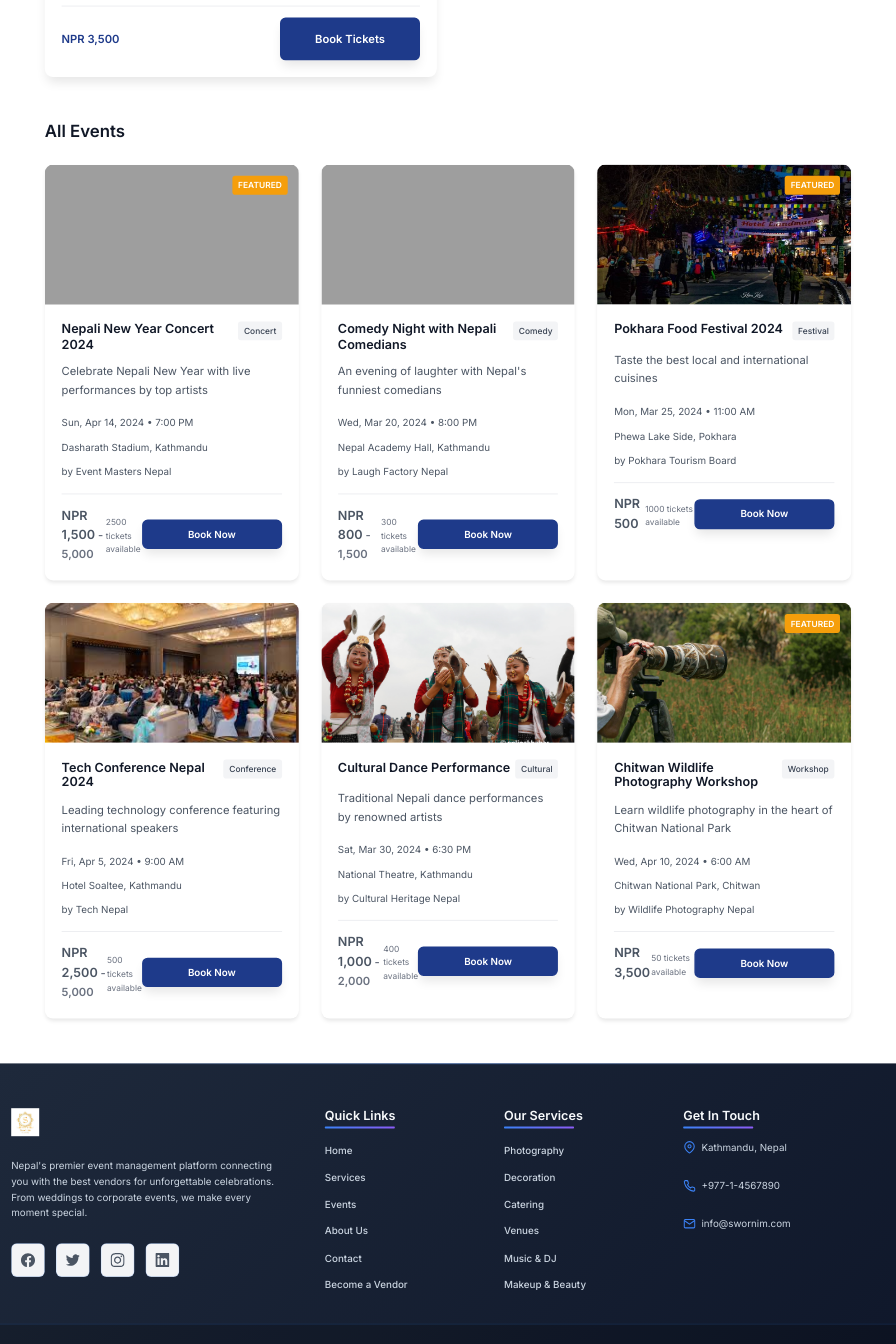
Repository: shiwanisub/MajorProject
Page: /events (app in Frontend/swornim-event-management/)
The author's editor kept a copy of each file at every save. The page is drawn from the files as they stood at one save, then again after the next save.
The browser window is 1280 px wide. The pictures show the part of the page from y = 1493 to 3413 px (the page is 3471 px tall), at 70% of full size.
Pictures or frames that could not be fetched are drawn as grey boxes. The project was rebuilt for these pictures with package versions that can differ from the ones it lists, and the page was loaded fresh each time. Also part of the build but not shown: Frontend/swornim-event-management/vite.config.ts, Frontend/swornim-event-management/src/components/SearchBar.css, Frontend/swornim-event-management/src/components/SearchBar.tsx, Frontend/swornim-event-management/src/components/Hero.css, Frontend/swornim-event-management/src/components/Hero.tsx, Frontend/swornim-event-management/src/components/FeaturedServices.tsx, Frontend/swornim-event-management/src/components/Testimonials.css, Frontend/swornim-event-management/src/components/Testimonials.tsx and 26 more.

Above is the page before, as saved 2025-06-08 20:40:42.

After the next save:
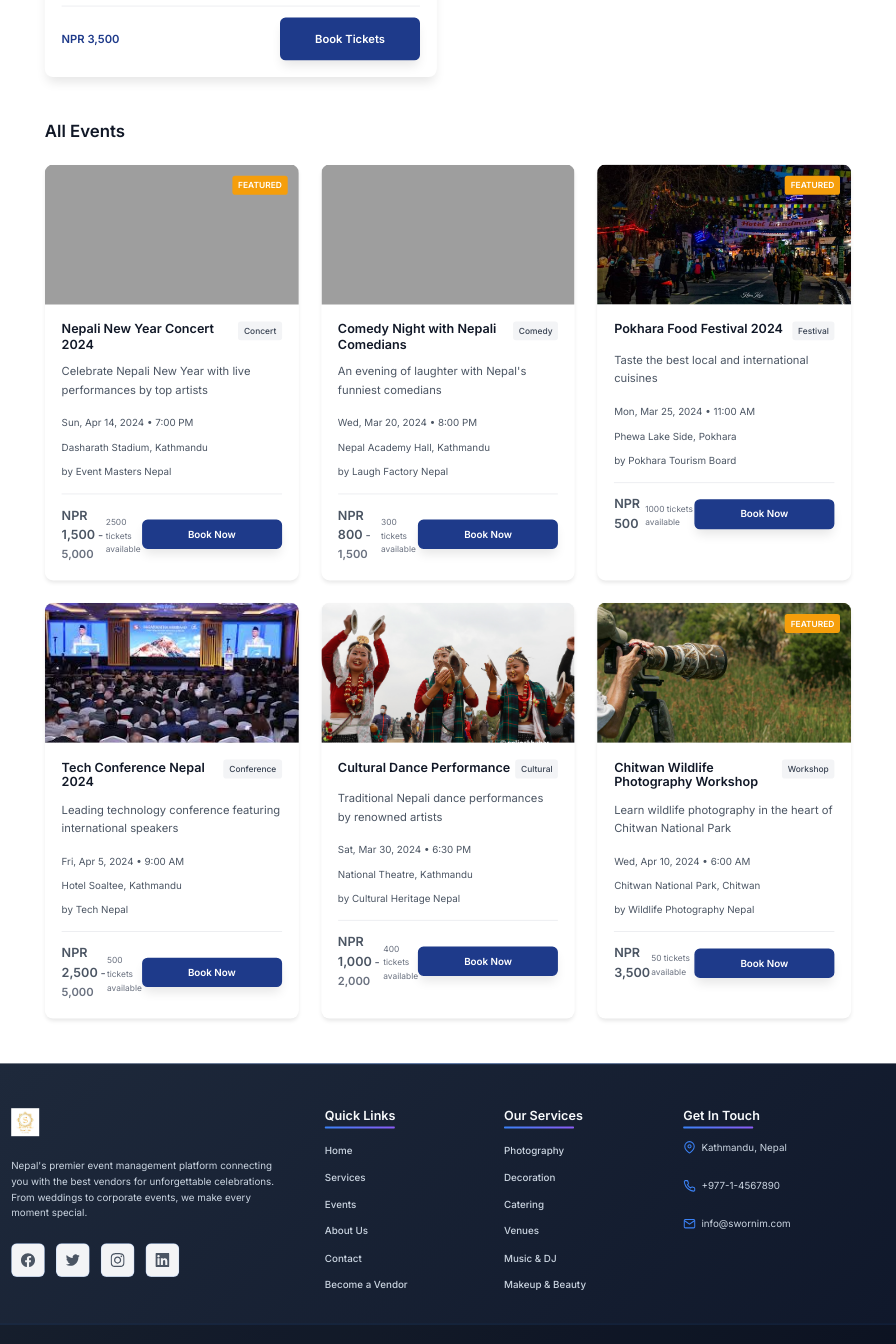
Saved 74 s later.
--- a/Frontend/swornim-event-management/src/pages/Events.tsx
+++ b/Frontend/swornim-event-management/src/pages/Events.tsx
@@ -62,7 +62,7 @@
       id: 4,
       title: "Tech Conference Nepal 2024",
       description: "Leading technology conference featuring international speakers",
-      image: "../../public/images/conference.jpeg",
+      image: "../../public/images/conferencee.jpeg",
       date: "2024-04-05",
       time: "9:00 AM",
       venue: "Hotel Soaltee",

After the save that followed:
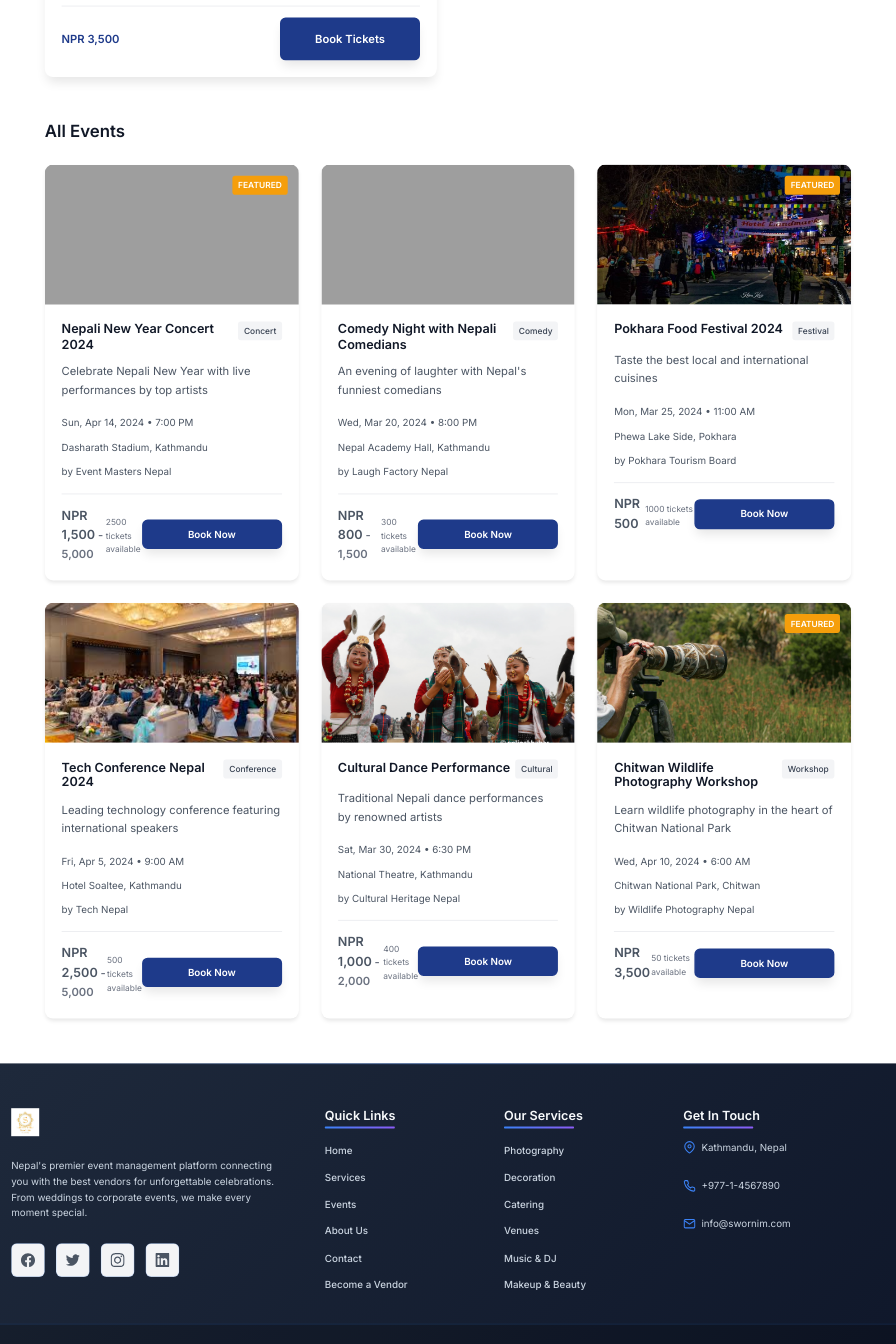
Saved 11 s later.
--- a/Frontend/swornim-event-management/src/pages/Events.tsx
+++ b/Frontend/swornim-event-management/src/pages/Events.tsx
@@ -62,7 +62,7 @@
       id: 4,
       title: "Tech Conference Nepal 2024",
       description: "Leading technology conference featuring international speakers",
-      image: "../../public/images/conferencee.jpeg",
+      image: "../../public/images/conference.jpeg",
       date: "2024-04-05",
       time: "9:00 AM",
       venue: "Hotel Soaltee",
